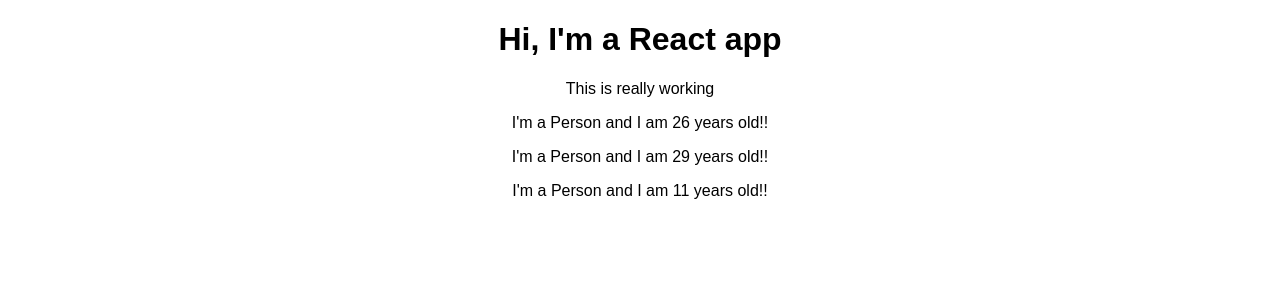
Repository: cristinadoroftei/FirstReactProject
Page: /
An editor plug-in stored every save of this project. The page is shown before and after the next save, followed by the edit.
The browser window is 1280 px wide. The pictures show the whole page.
The project was rebuilt for these pictures with package versions that can differ from the ones it lists, and the page was loaded fresh each time.

Above is the page before, as saved 2020-07-08 09:43:33.

### src/App.js
//import React which is responsible for rendering things in the DOM and Component to extend the Component class
import React, { Component } from 'react';
import './App.css';
import Person from './Person/Person.js'


class App extends Component {
  render() {
    return (
      <div className="App">
        <h1>Hi, I'm a React app</h1>
        <p>This is really working</p>
        <Person name= "Max" age="45"/>
        <Person name= "Max1" age="43"/>
        <Person name= "Max2" age="46"/>
      </div>
    );
    // return React.createElement('div', null, React.createElement('h1', {className: 'App'}, 'Hi, Im a react app!') )
  }
}

export default App;

### src/Person/Person.js
import React from 'react';


const person = (props) => {
    return <p>I'm a Person and I am {Math.floor(Math.random() * 30)} years old!!</p>
};


export default person;

Loaded but not shown: public/index.html (common file); src/index.js (common file); src/index.css (common file); src/registerServiceWorker.js (common file); src/App.css (common file)

After the next save:
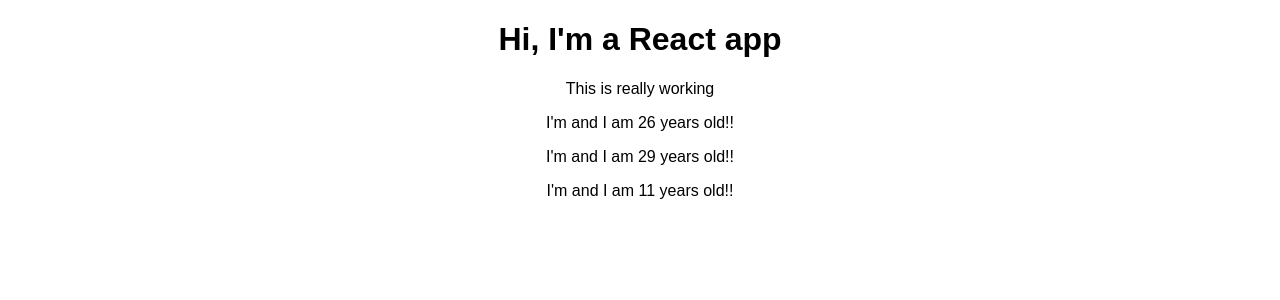
Saved 30 s later.
--- a/src/Person/Person.js
+++ b/src/Person/Person.js
@@ -2,7 +2,7 @@ import React from 'react';
 
 
 const person = (props) => {
-    return <p>I'm a Person and I am {Math.floor(Math.random() * 30)} years old!!</p>
+    return <p>I'm  and I am {Math.floor(Math.random() * 30)} years old!!</p>
 };
 
 
